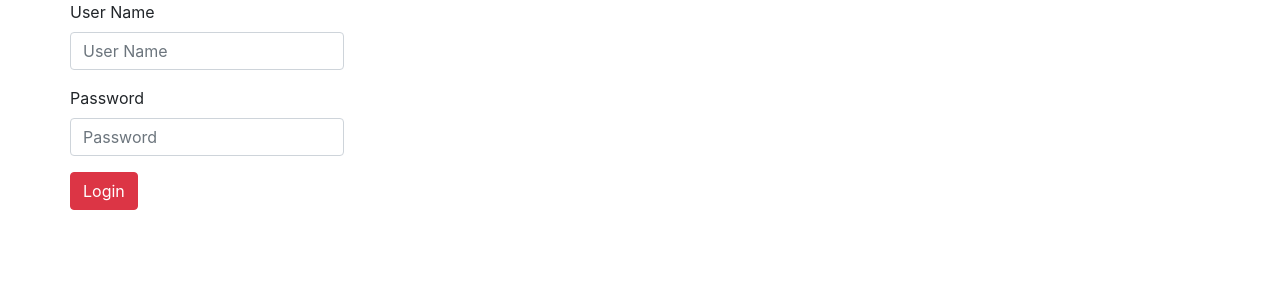
Repository: meriam0000/servlet
Page: BookWebApp/src/main/webapp/login.html
An editor plug-in stored every save of this project. The page is shown before and after the next save, followed by the edit.
The browser window is 1280 px wide. The pictures show the whole page.

Above is the page before, as saved 2024-02-13 22:33:43.

After the next save:
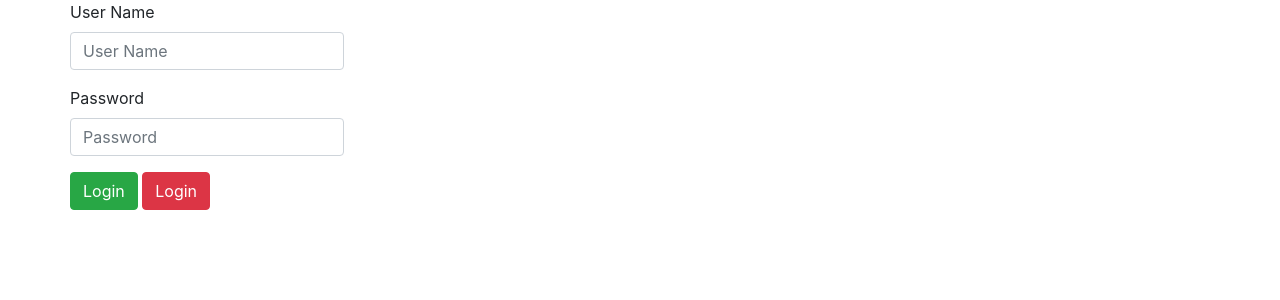
Saved 4 min 32 s later.
--- a/BookWebApp/src/main/webapp/login.html
+++ b/BookWebApp/src/main/webapp/login.html
@@ -23,7 +23,9 @@
    </div>
      <div class="form-group">
 
-   <button type="submit" class="btn btn-danger">Login</button>
+   <button type="submit" class="btn btn-success">Login</button>
+      <button type="submit" class="btn btn-danger">Login</button>
+
    </div>
 
 
